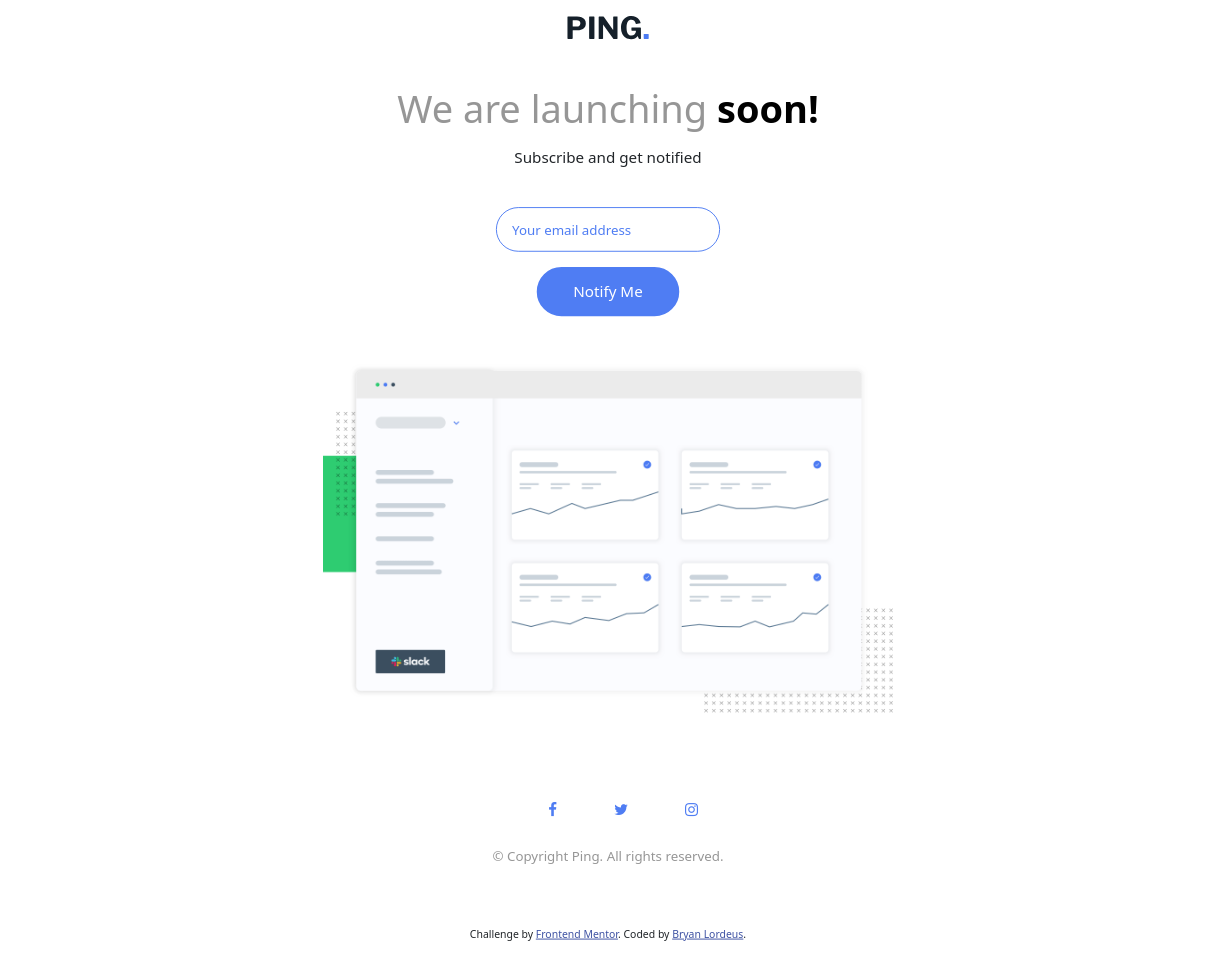
Repository: blordeus/ping-coming-soon-page-master
Page: index.html
These files come from the project's save history. The page is drawn as it stood at one moment and after the next save; the edit follows.
The browser window is 1280 px wide. The pictures show the whole page, at 95% of full size.
The style sheet was rebuilt from its Sass, Less or Tailwind sources for each picture, by a compiler version that may differ from the author's.

Above is the page before, as saved 2023-08-31 12:28:52.

### index.html
<!DOCTYPE html>
<html lang="en">
<head>
  <meta charset="UTF-8">
  <meta name="viewport" content="width=device-width, initial-scale=1.0"> <!-- displays site properly based on user's device -->

  <link rel="icon" type="image/png" sizes="32x32" href="./images/favicon-32x32.png">
  <link rel="stylesheet" href="style.css">
  <link href="https://cdn.jsdelivr.net/npm/bootstrap@5.3.1/dist/css/bootstrap.min.css" rel="stylesheet" integrity="sha384-4bw+/aepP/YC94hEpVNVgiZdgIC5+VKNBQNGCHeKRQN+PtmoHDEXuppvnDJzQIu9" crossorigin="anonymous">
  <link rel="stylesheet" href="https://maxcdn.bootstrapcdn.com/font-awesome/4.7.0/css/font-awesome.min.css">

  <title>Frontend Mentor | Ping coming soon page</title>


</head>
<body>
  <main class="text-center my-3 mx-4">
    <header>
      <img class="mb-5" src="./images/logo.svg" alt="logo">
    </header>

    <section>
      <h1 class="gray-color">We are launching <strong class="text-black">soon!</strong></h1>
      <p class="mt-3 mb-4">Subscribe and get notified</p>
    </section>

    <form action="#" class="pt-3">
        <input
        class="rounded-pill px-3"
        type="email"
        placeholder="Your email address"
        id="email"
        autocomplete="off"
        required
        />
        <button type="submit" class="mt-3 rounded-pill text-white ">Notify Me</button>
      </form>

    <section class="showcase">
      <img src="./images/illustration-dashboard.png" alt="dashboard">
    </section>

    <div class="icons">
      <ul>
        <li><i class="fa fa-facebook" aria-hidden="true"></i></li>
        <li><i class="fa fa-twitter" aria-hidden="true"></i></li>
        <li><i class="fa fa-instagram" aria-hidden="true"></i></li>
      </ul>
    </div>

    <p class="gray-color copyright">&copy; Copyright Ping. All rights reserved.</p>

    <footer class="pt-5">
      <p class="attribution">
        Challenge by <a rel="noopener" href="https://www.frontendmentor.io?ref=challenge" target="_blank">Frontend Mentor</a>.
        Coded by <a href="#">Bryan Lordeus</a>.
      </p>
    </footer>
  </main>
  <script src="https://cdn.jsdelivr.net/npm/bootstrap@5.3.1/dist/js/bootstrap.bundle.min.js" integrity="sha384-HwwvtgBNo3bZJJLYd8oVXjrBZt8cqVSpeBNS5n7C8IVInixGAoxmnlMuBnhbgrkm" crossorigin="anonymous"></script>
</body>
</html>

### style.scss
  @import url('https://fonts.googleapis.com/css2?family=Libre+Franklin:wght@300;600;700&display=swap');

:root {
    --very-dark-blue: hsl(209, 33%, 12%);
    --dark-gray: hsl(0, 0%, 59%);
    --blue: hsl(223, 87%, 63%);
    --light-red: hsl(354, 100%, 66%);
    --pale-blue: hsl(223, 100%, 88%);
}

* {
    box-sizing: border-box;
    margin: 0;
    padding: 0;
}

body {
    font-size: 20px;
    font-family: 'Libre Franklin', sans-serif;
    min-height: 100vh;
    display: flex;
    flex-direction: column;
    justify-content: center;
    align-items: center;
}

img {
    max-width: 100%;
}

ul {
    list-style: none;
}

.heading h1 {
    font-weight: 300;
}

.heading h1 span {
    font-weight: 700;
}

form {
    width: 300px;
    margin: auto;
    display: flex;
    flex-direction: column;
    align-items: center;
    justify-content: center;
    position: relative;
}

form input {
    width: 100%;
    padding: 8px;
    font-family: inherit;
    font-size: 14px;
    color: var(--blue);
    border: 1px solid var(--blue);
    outline: none;
}

form input::placeholder {
    color: var(--blue);
}

button {
    width: 300px;
    padding: 8px;
    background-color: var(--blue);
    font-family: inherit;
    border: 2px solid var(--blue);
    transition: background-color 0.4s;
}

button:hover {
    cursor: pointer;
    background-color: transparent;
    color: var(--blue);
}

.gray-color {
    color: var(--dark-gray);
}

.showcase {
    padding: 50px 20px 80px;
}

.icons ul {
    display: flex;
    justify-content: center;
    align-items: center;
}

.icons ul li {
    margin: 0 20px;
    color: var(--blue);
    padding: 10px;
    transition: background-color 0.4s;
}

.icons ul li:hover {
    border-radius: 50%;
    background-color: var(--blue);
    color: white;
}

.copyright {
    font-size: 14px;
}

  .attribution { font-size: 11px; text-align: center; }
  .attribution a { color: hsl(228, 45%, 44%); }

  @media (min-width: 700px) {
    .heading h1 {
        font-size: 36px;
    }

    .heading form {
        width: auto;
    }

    form input, button {
        width: auto;
        padding: 12px 20px;
    }

    button {
        width: 150px;
    }

    .showcase img {
        width: 600px;
    }
  }

After the next save:
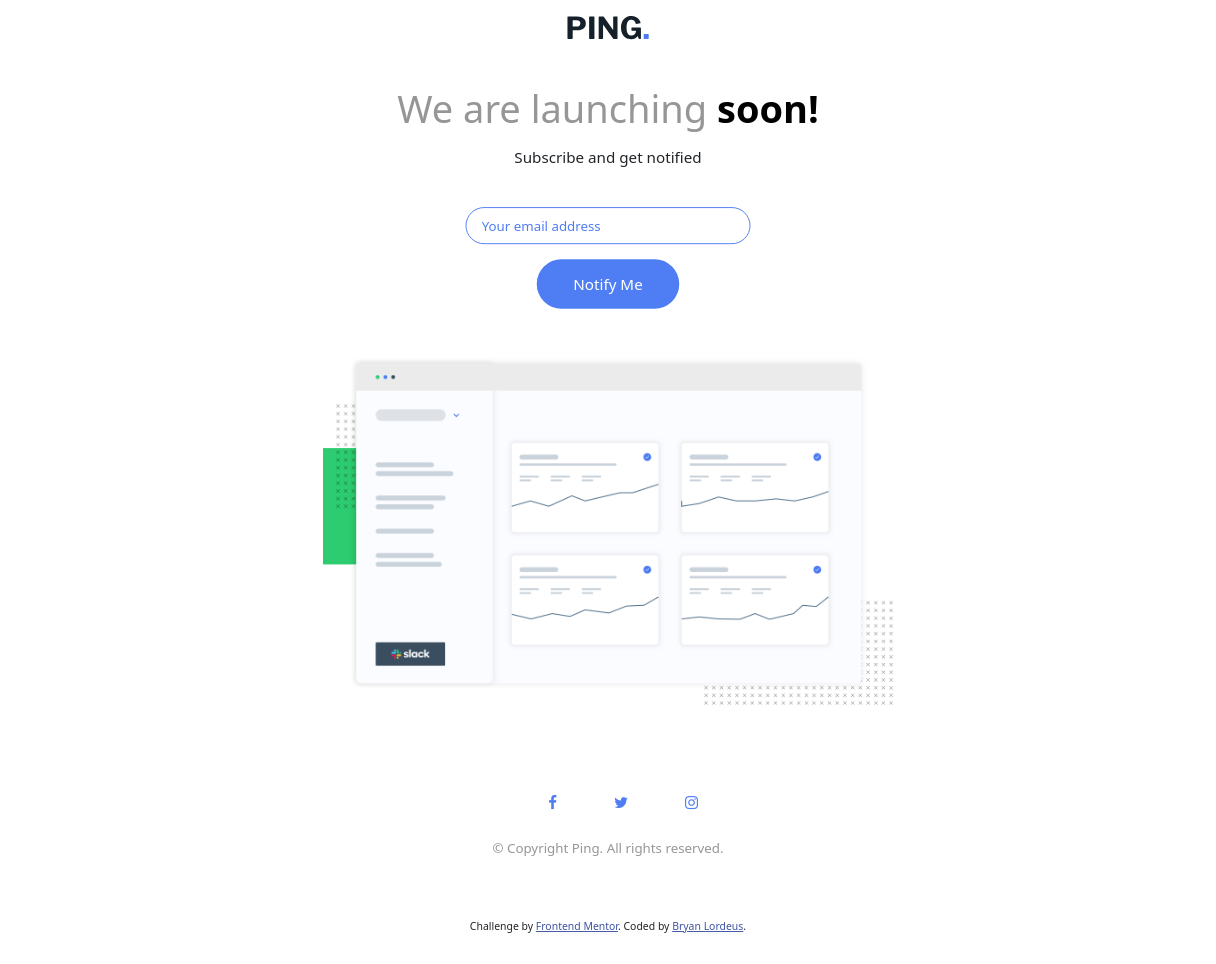
Saved 2 min 2 s later.
--- a/style.scss
+++ b/style.scss
@@ -122,6 +122,8 @@
         width: auto;
     }
 
+    fomr
+
     form input, button {
         width: auto;
         padding: 12px 20px;
